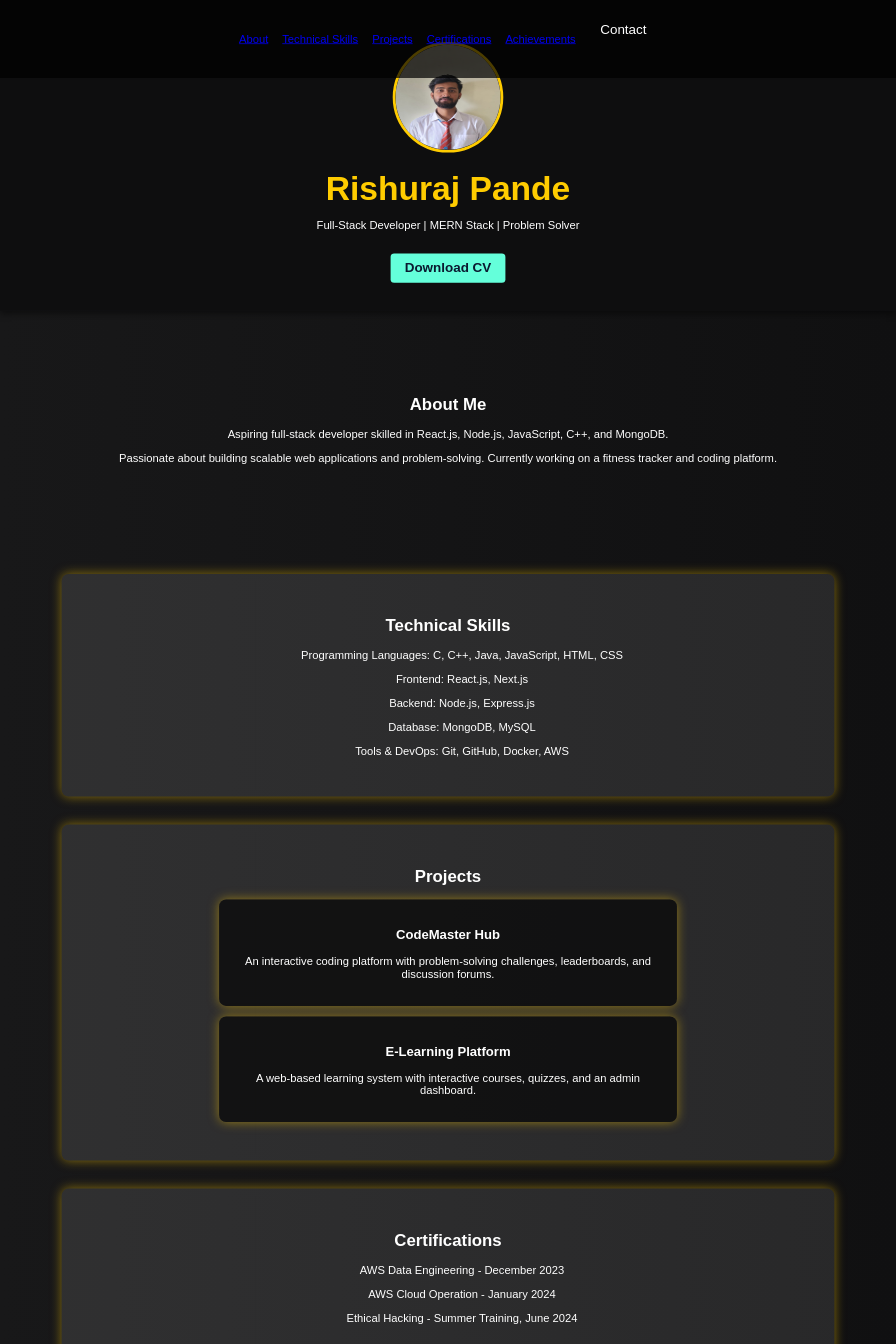
Repository: Rishuraj-Pandey/portfolio
Page: index.html
These files come from the project's save history. The page is drawn as it stood at one moment and after a run of saves; the edit follows.
The browser window is 1280 px wide. The pictures show the part of the page from y = 0 to 1920 px (the page is 2960 px tall), at 70% of full size.

Above is the page before, as saved 2025-03-24 09:54:34.

### index.html
<!DOCTYPE html>
<html lang="en">
<head>
    <meta charset="UTF-8">
    <meta name="viewport" content="width=device-width, initial-scale=1.0">
    <title>Pande Rishuraj Manoj - Portfolio</title>
    <link rel="stylesheet" href="style.css">
</head>
<body>
    <header>
        <img src="profile.jpg.jpg" alt="Profile Picture" class="profile-pic">
        <h1> Rishuraj Pande</h1>
        <p>Full-Stack Developer | MERN Stack | Problem Solver</p>
        <a href="resume.pdf" download class="download-cv">Download CV</a>
    </header>

    <nav>
        <ul>
            <p><a href="#about">About</a></p>
            <p><a href="#tech">Technical Skills</a></p>
            <p><a href="#projects">Projects</a></p>
            <p><a href="#certifications">Certifications</a></p>
            <p><a href="#achievements">Achievements</a></p>
            <li><a href="#contact">Contact</a></li>
        </ul>
    </nav>

    <section class="about" id="about">
        <h2>About Me</h2>
        <p>Aspiring full-stack developer skilled in React.js, Node.js, JavaScript, C++, and MongoDB.</p>
        <p>Passionate about building scalable web applications and problem-solving. Currently working on a fitness tracker and coding platform.</p>
    </section>

    <section class="tech" id="tech">
        <h2>Technical Skills</h2>
        <ul>
            <p>Programming Languages: C, C++, Java, JavaScript, HTML, CSS</p>
            <p>Frontend: React.js, Next.js</p>
            <p>Backend: Node.js, Express.js</p>
            <p>Database: MongoDB, MySQL</p>
            <p>Tools & DevOps: Git, GitHub, Docker, AWS</p>
        </ul>
    </section>

    <section class="projects" id="projects">
        <h2>Projects</h2>
        <div class="project-card">
            <h3>CodeMaster Hub</h3>
            <p>An interactive coding platform with problem-solving challenges, leaderboards, and discussion forums.</p>
        </div>
        <div class="project-card">
            <h3>E-Learning Platform</h3>
            <p>A web-based learning system with interactive courses, quizzes, and an admin dashboard.</p>
        </div>
    </section>

    <section class="certifications" id="certifications">
        <h2>Certifications</h2>
        <ul>
            <p>AWS Data Engineering - December 2023</p>
            <p>AWS Cloud Operation - January 2024</p>
            <p>Ethical Hacking - Summer Training, June 2024</p>
        </ul>
    </section>

    <section class="achievements" id="achievements">
        <h2>Academic Achievements</h2>
        <ul>
            <p>Secured 5-Star Badge in C++ & Problem-Solving on HackerRank</p>
            <p>Ranked 6th in National Science Day Coding Competition (200+ participants)</p>
        </ul>
    </section>

    <section class="experience" id="experience">
        <h2>Work & Internship Experience</h2>
        <p>Currently working on full-stack development projects and open-source contributions.</p>
        <p>Previously completed a summer internship in Ethical Hacking.</p>
    </section>

    <section class="contact" id="contact">
        <h2>Contact</h2>
        <p>Email: <a href="mailto:rishurajpande@gmail.com">rishurajpande@gmail.com</a></p>
        <p>LinkedIn: <a href="https://www.linkedin.com/in/rishuraj-pandey-08a9012b0/" target="_blank">linkedin.com/in/rishuraj-pandey</a></p>
        <p>GitHub: <a href="https://github.com/rishurajpande" target="_blank">github.com/rishurajpande</a></p>
    </section>

    <footer>
        <p>&copy; 2025 Pande Rishuraj Manoj. All Rights Reserved.</p>
    </footer>
</body>
</html>

### style.css
body {
    font-family: 'Poppins', sans-serif;
    margin: 0;
    padding: 0;
    background: linear-gradient(to right, #181819, #101011);
    color: white;
    text-align: center;
    scroll-behavior: smooth;
}

header {
    background: rgba(14, 14, 15, 0.9);
    padding: 40px 20px;
    box-shadow: 0px 4px 10px rgba(0, 0, 0, 0.5);
}

h1 {
    margin: 0;
    font-size: 3em;
    color: #ffcc00;
}

.profile-pic {
    width: 150px;
    height: 150px;
    border-radius: 50%;
    margin: 20px 0;
    border: 4px solid #ffcc00;
}

nav {
    background: rgba(0, 0, 0, 0.7);
    position: fixed;
    top: 0;
    width: 100%;
    padding: 15px 0;
    z-index: 1000;
    transition: all 0.3s;
}

nav ul {
    list-style: none;
    padding: 0;
    display: flex;
    justify-content: center;
    gap: 20px;
}
.download-cv {
    display: inline-block;
    margin-top: 15px;
    padding: 10px 20px;
    font-size: 1.2em;
    color: #0a192f;
    background: #64ffda;
    border-radius: 5px;
    text-decoration: none;
    font-weight: bold;
    transition: background 0.3s ease-in-out;
}
nav ul li {
    display: inline;
}

nav ul li a {
    color: white;
    text-decoration: none;
    padding: 10px 15px;
    font-size: 1.2em;
    transition: color 0.3s, transform 0.2s;
}

nav ul li a:hover {
    color: #ffcc00;
    transform: scale(1.1);
}

section {
    padding: 100px 20px;
    text-decoration: none;
}

.tech, .certifications, .achievements, .projects, .experience {
    background: rgba(255, 255, 255, 0.1);
    padding: 40px;
    border-radius: 10px;
    margin: 40px auto;
    width: 80%;
    box-shadow: 0px 0px 15px rgba(255, 204, 0, 0.5);
    animation: fadeIn 1.2s ease-in-out;
}

.project-card {
    background-color: rgba(0, 0, 0, 0.6);
    padding: 20px;
    margin: 15px auto;
    width: 60%;
    border-radius: 10px;
    box-shadow: 0px 0px 15px rgba(255, 204, 0, 0.5);
    transition: transform 0.3s, box-shadow 0.3s;
}

.project-card:hover {
    transform: scale(1.05);
    box-shadow: 0px 0px 25px rgba(255, 204, 0, 0.8);
}

.contact a {
    color: #ffcc00;
    text-decoration: none;
    font-weight: bold;
}

.contact a:hover {
    text-decoration: underline;
    color: #ff6600;
}

footer {
    background: rgba(0, 0, 0, 0.8);
    padding: 20px;
    font-size: 1em;
}

@keyframes fadeIn {
    from { opacity: 0; }
    to { opacity: 1; }
}

@media (max-width: 768px) {
    nav ul {
        flex-direction: column;
        text-align: center;
    }
    .project-card, .tech, .certifications, .achievements, .experience {
        width: 90%;
    }
}

After the next 3 saves:
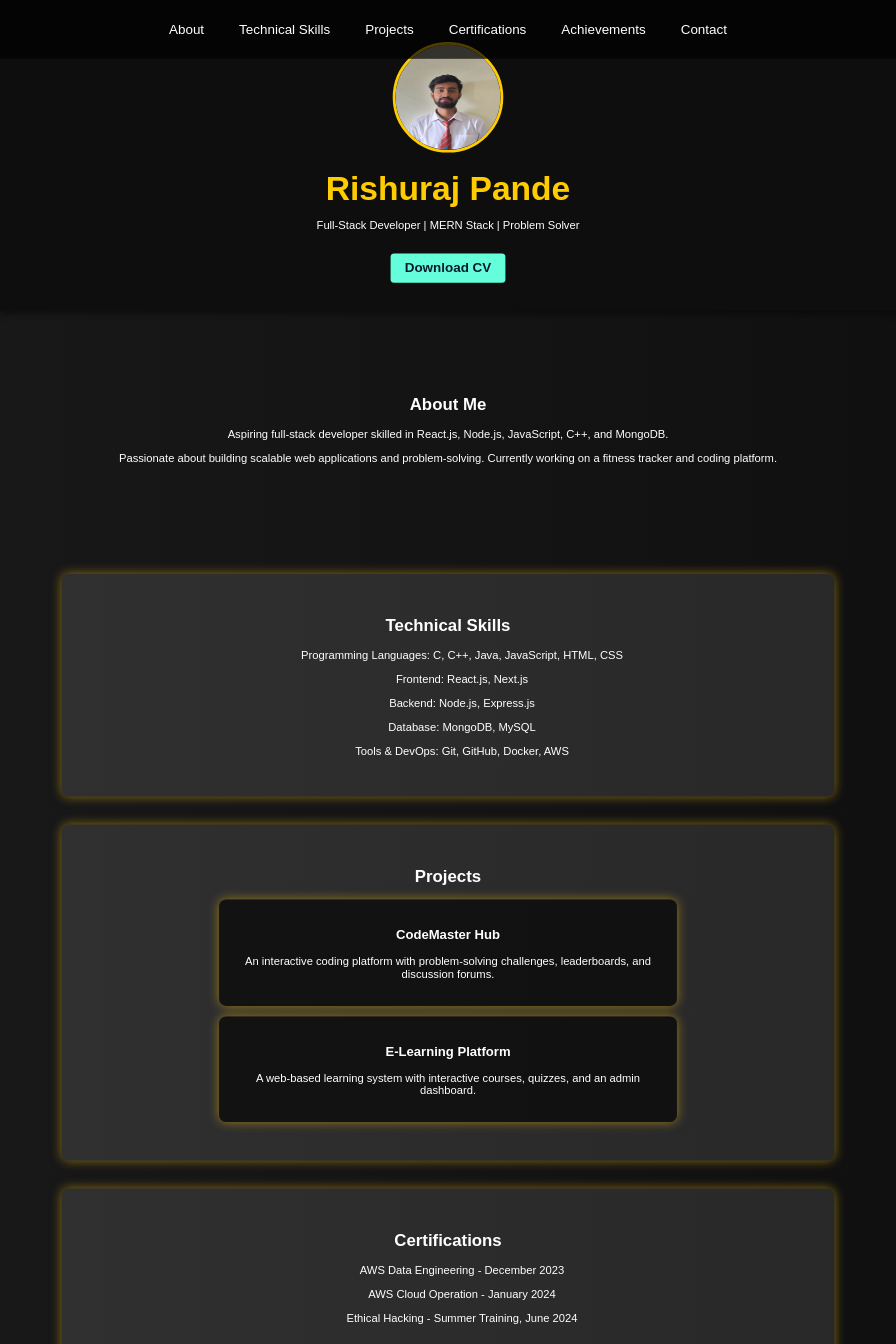
The 3 saves are shown as one change because they came seconds apart.
The last was saved 14 h 4 min later.
--- a/index.html
+++ b/index.html
@@ -16,11 +16,11 @@
 
     <nav>
         <ul>
-            <p><a href="#about">About</a></p>
-            <p><a href="#tech">Technical Skills</a></p>
-            <p><a href="#projects">Projects</a></p>
-            <p><a href="#certifications">Certifications</a></p>
-            <p><a href="#achievements">Achievements</a></p>
+            <li><a href="#about">About</a></li>
+            <li><a href="#tech">Technical Skills</a></li>
+            <li><a href="#projects">Projects</a></li>
+            <li><a href="#certifications">Certifications</a></li>
+            <li><a href="#achievements">Achievements</a></li>
             <li><a href="#contact">Contact</a></li>
         </ul>
     </nav>
